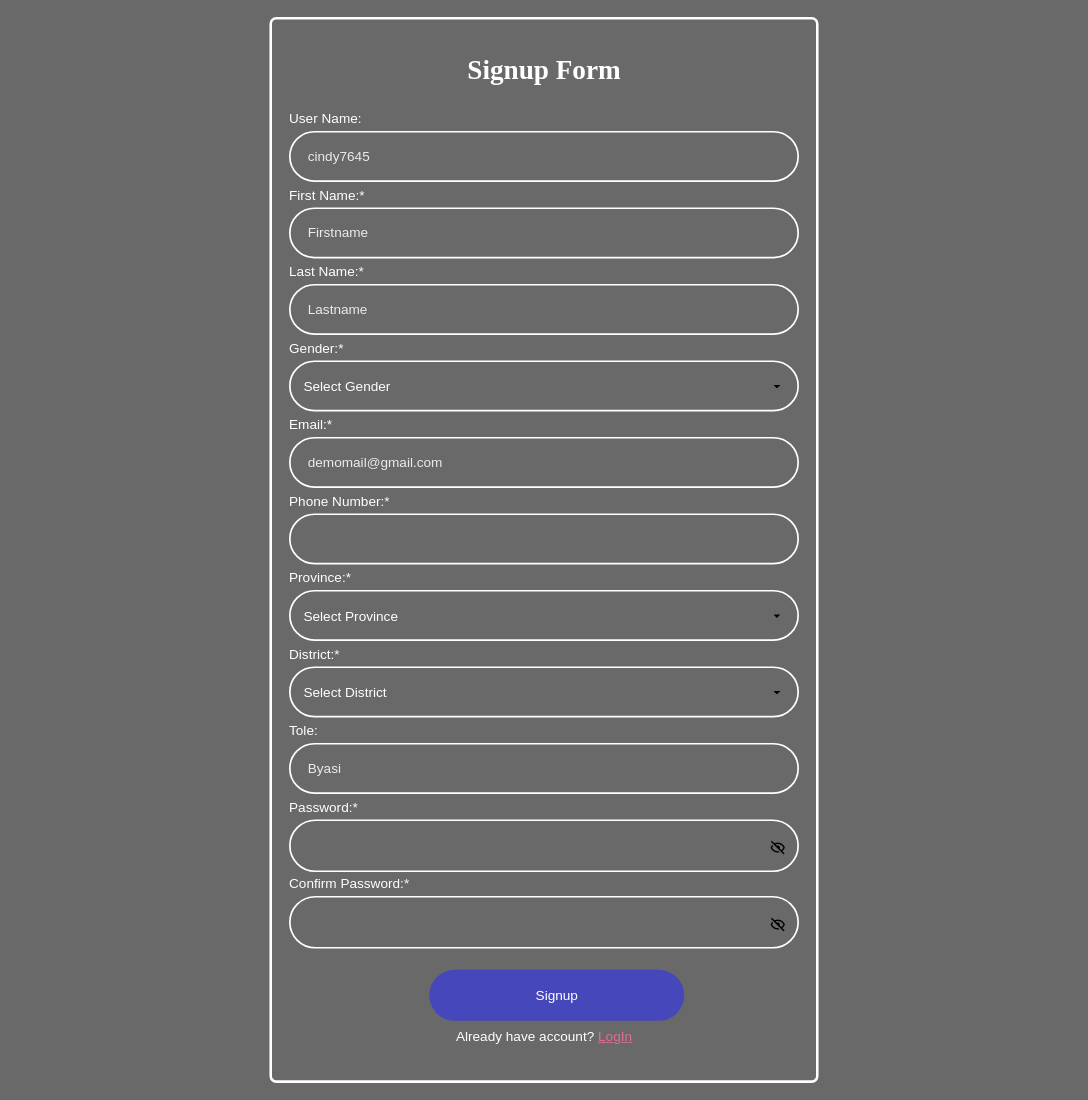
Repository: cindrellakoju/Animestore
Page: html css/signup.html
These files come from the project's save history. The page is drawn as it stood at one moment and after the next save; the edit follows.
The browser window is 1280 px wide. The pictures show the whole page, at 85% of full size.

Above is the page before, as saved 2024-04-07 01:47:16.

After the next save:
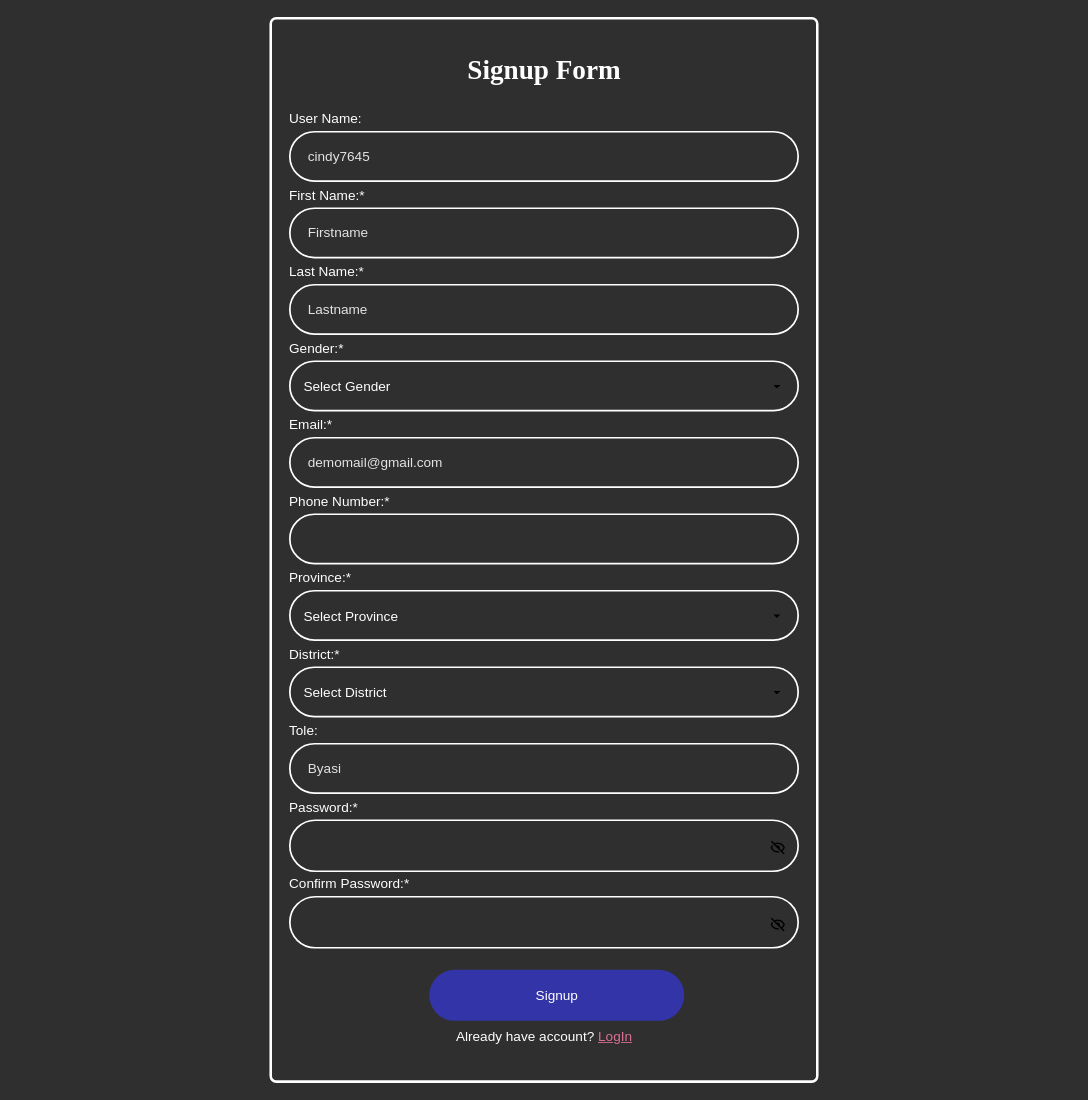
Saved 62 s later.
--- a/html css/signup.css
+++ b/html css/signup.css
@@ -5,7 +5,7 @@
     padding: 20px;
     /* background-color: #f4f4f4; */
     min-height: 100vh;
-    background-color: rgba(0, 0, 0, 0.589);
+    background-color: rgba(0, 0, 0, 0.815);
   }
 
   .container {
